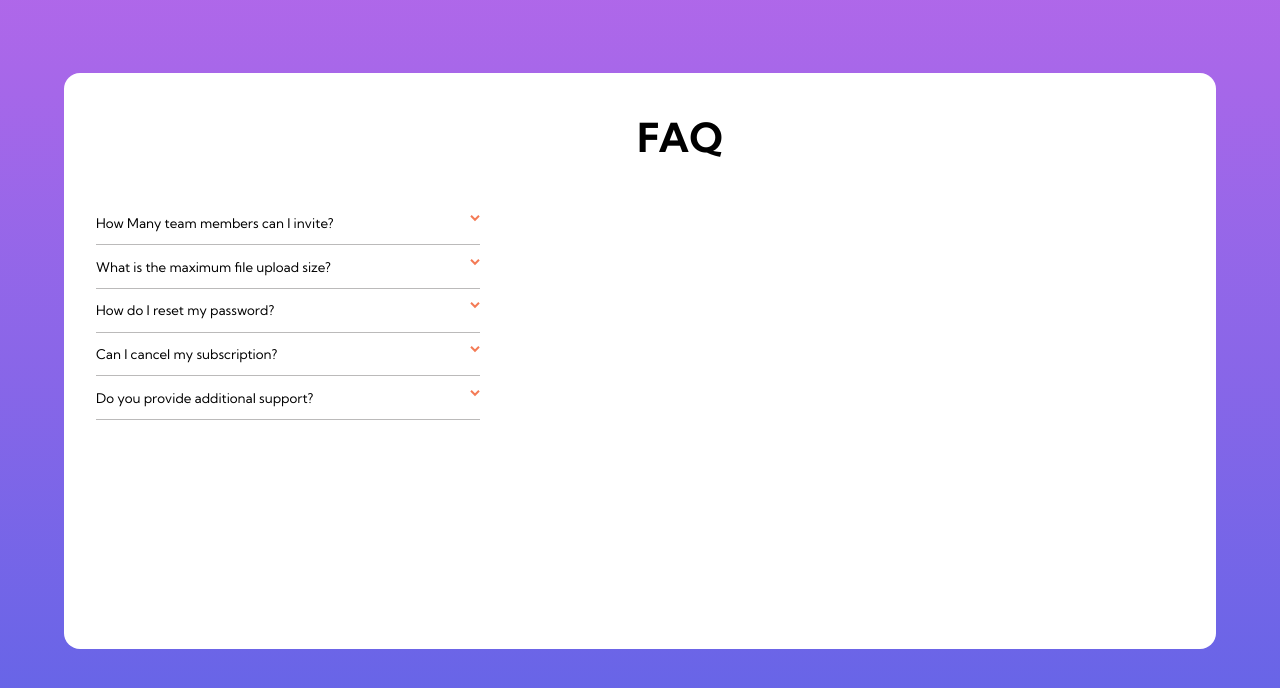
Repository: ryanwilll/ProjetoFAQ
Page: index.html
An editor plug-in stored every save of this project. The page is shown before and after a run of saves, followed by the edit.
The browser window is 1280 px wide. The pictures show the whole page.

Above is the page before, as saved 2022-10-27 20:13:37.

After the next 8 saves:
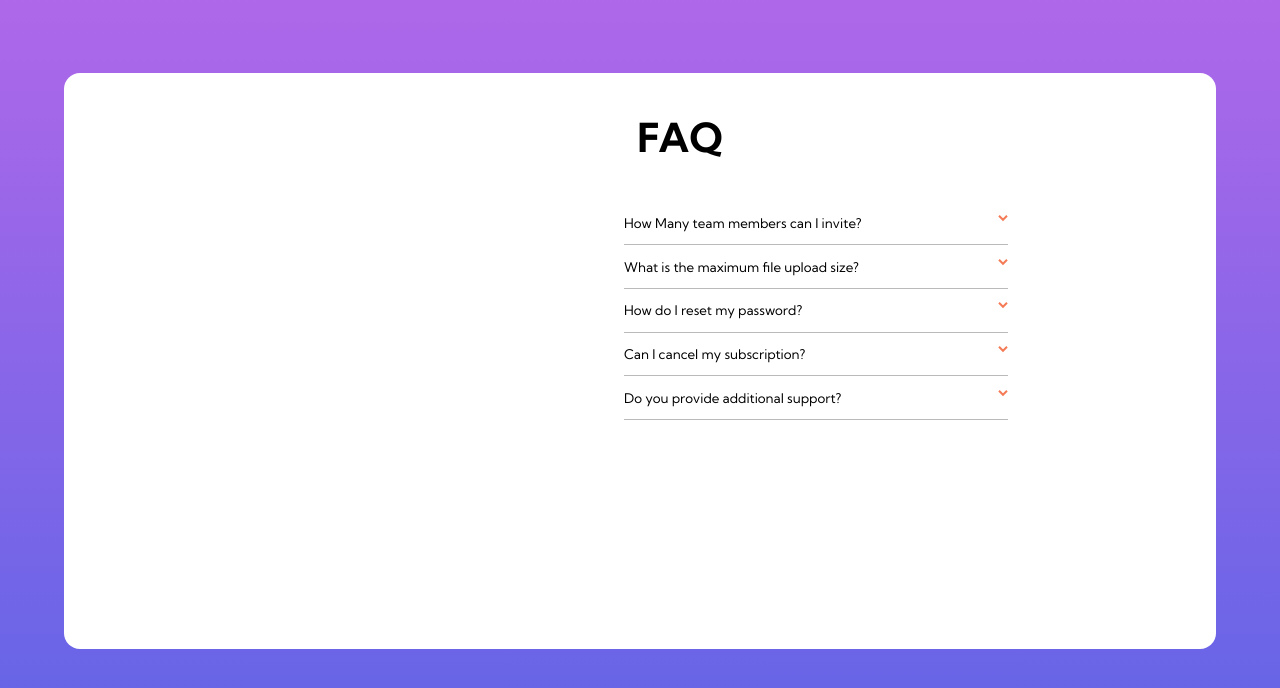
The 8 saves are shown as one change because they came seconds apart.
The last was saved 23 s later.
--- a/css/allmedia.css
+++ b/css/allmedia.css
@@ -146,7 +146,7 @@
   .card-white .faq-menu .text {
     border-bottom: 1px solid rgb(187, 186, 186);
     width: 30vw;
-    margin-left: 2em;
+    margin-right: 13em;
   }
   .card-white button {
     width: 30vw;
